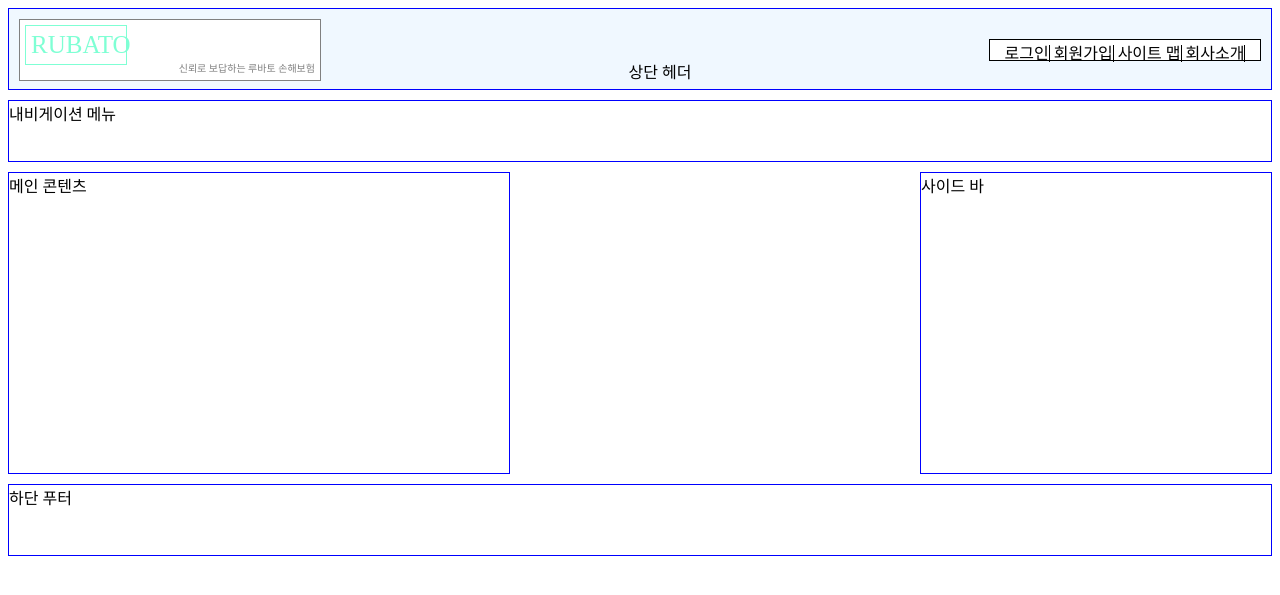
Repository: woosungtae/html_css
Page: pro01/public/woosungtae_2.html
The author's editor kept a copy of each file at every save. The page is drawn from the files as they stood at one save, then again after the next save.
The browser window is 1280 px wide. The pictures show the whole page.

Above is the page before, as saved 2022-12-14 04:56:15.

After the next save:
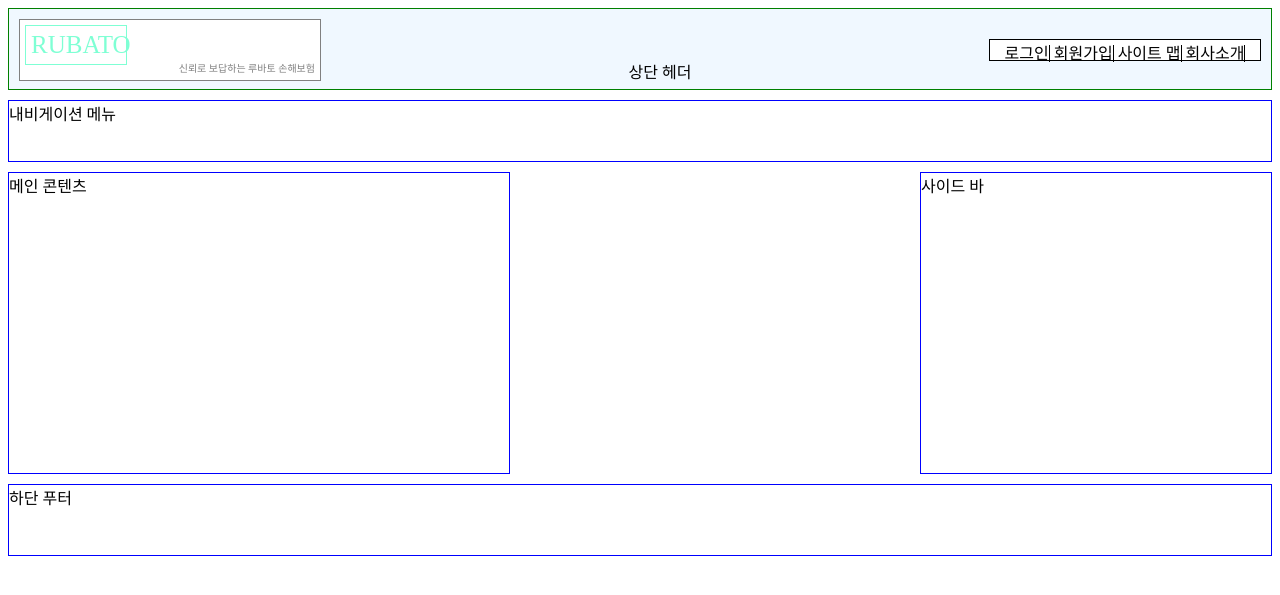
Saved 65 s later.
--- a/pro01/public/woosungtae_2.html
+++ b/pro01/public/woosungtae_2.html
@@ -9,7 +9,7 @@
             margin: 5;
         }
         header {
-            border : 1px solid blue;
+            border : 1px solid green;
             height: 80px;
             margin-bottom: 10px;
             background-color: aliceblue;
